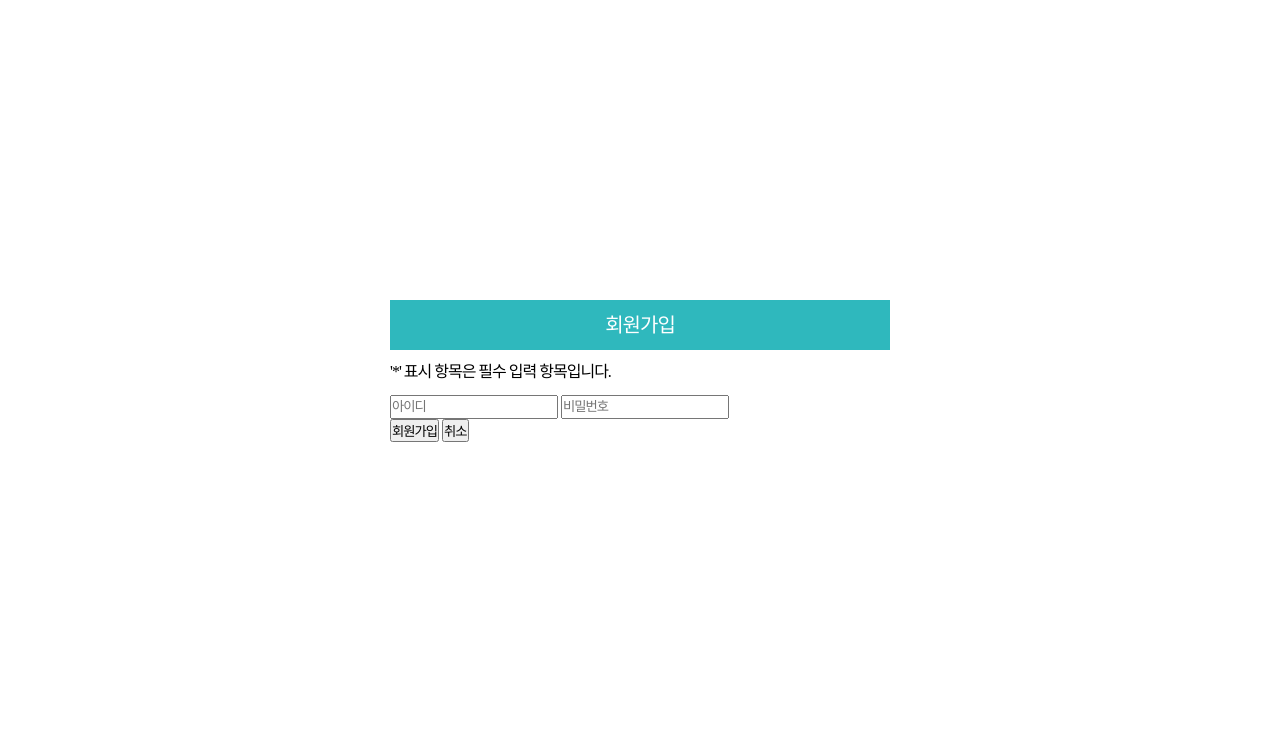
Repository: InhoKang92/jsp_1018
Page: http://localhost/Web_01/join.jsp
These files come from the project's save history. The page is drawn as it stood at one moment and after the next save; the edit follows.
The browser window is 1280 px wide. The pictures show the whole page.
Some web fonts or font styles are not loaded; a fallback is used. The page is served by Tomcat 9.

Above is the page before, as saved 2024-10-16 02:00:24.

After the next save:
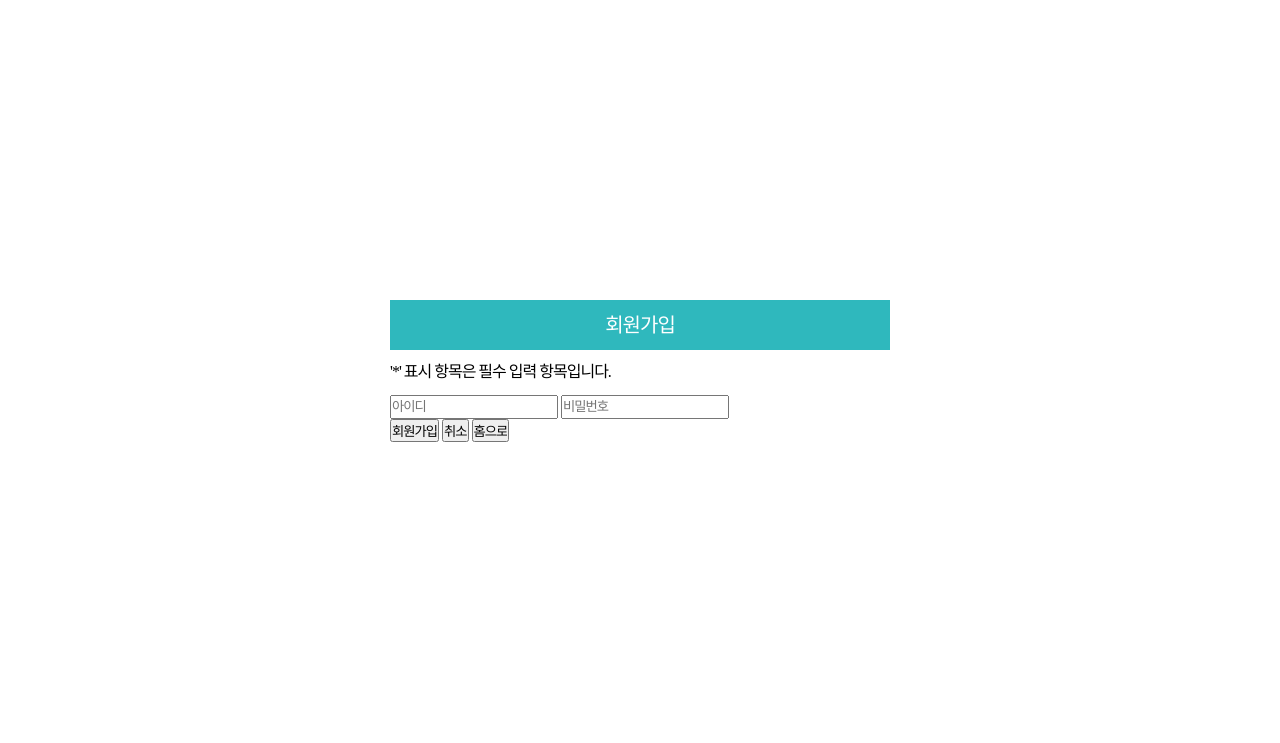
Saved 26 s later.
--- a/Web_01/src/main/webapp/join.jsp
+++ b/Web_01/src/main/webapp/join.jsp
@@ -26,6 +26,7 @@ pageEncoding="UTF-8"%>
             </div>
             <input type="submit" class="join_btn" value="회원가입" onclick="return ">
             <input type="reset" class="reset_btn" value="취소">
+            <input type="button" class="home_btn" value="홈으로">
 
         </div>
       </form>
